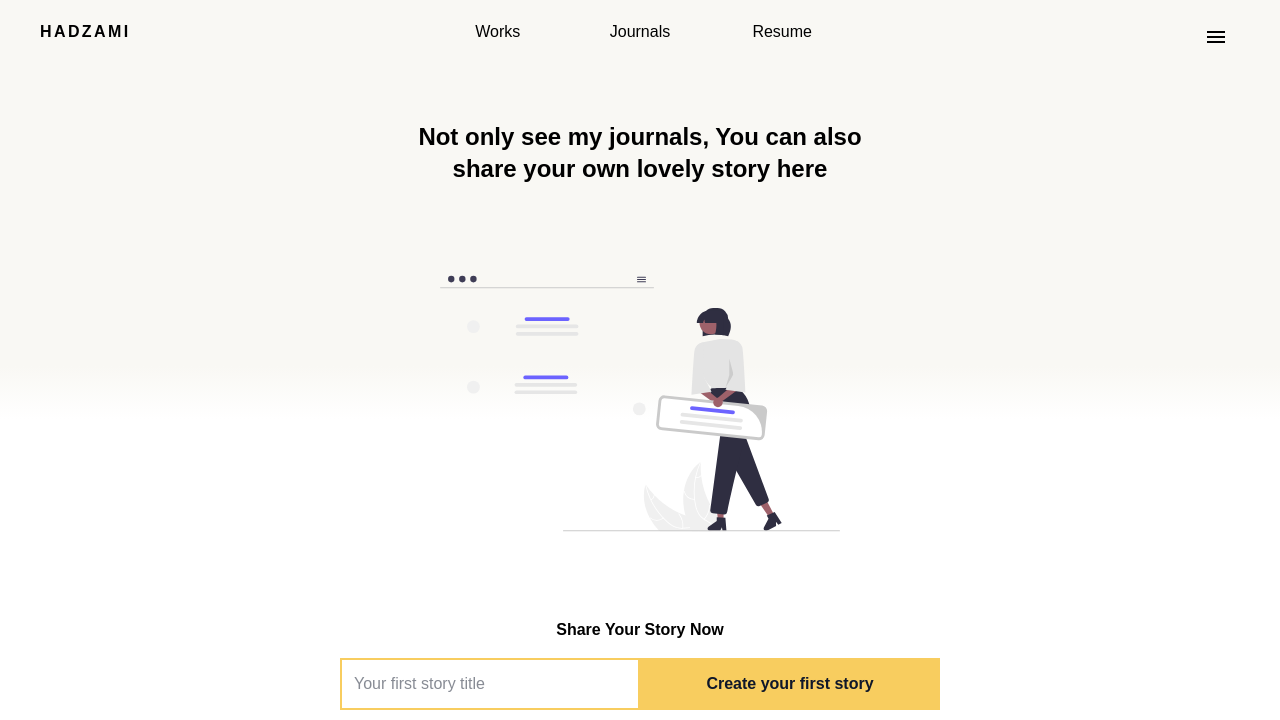
Repository: hadhaz/Personal-Web
Page: /
The author's editor kept a copy of each file at every save. The page is drawn from the files as they stood at one save, then again after the next save.
The browser window is 1280 px wide. The pictures show the whole page.
The page's requests for data from a server got no answer. An inner scrolling area shows only its first screen. Some web fonts or font styles are not loaded; a fallback is used. The project was rebuilt for these pictures with package versions that can differ from the ones it lists, and the page was loaded fresh each time. The framework's server and built-in components were replaced by stand-ins that run in the browser. No one was signed in, and anything a server would have sent is missing. Also part of the build but not shown: next.config.js, pages/index.module.css.

Above is the page before, as saved 2023-06-29 09:06:49.

After the next save:
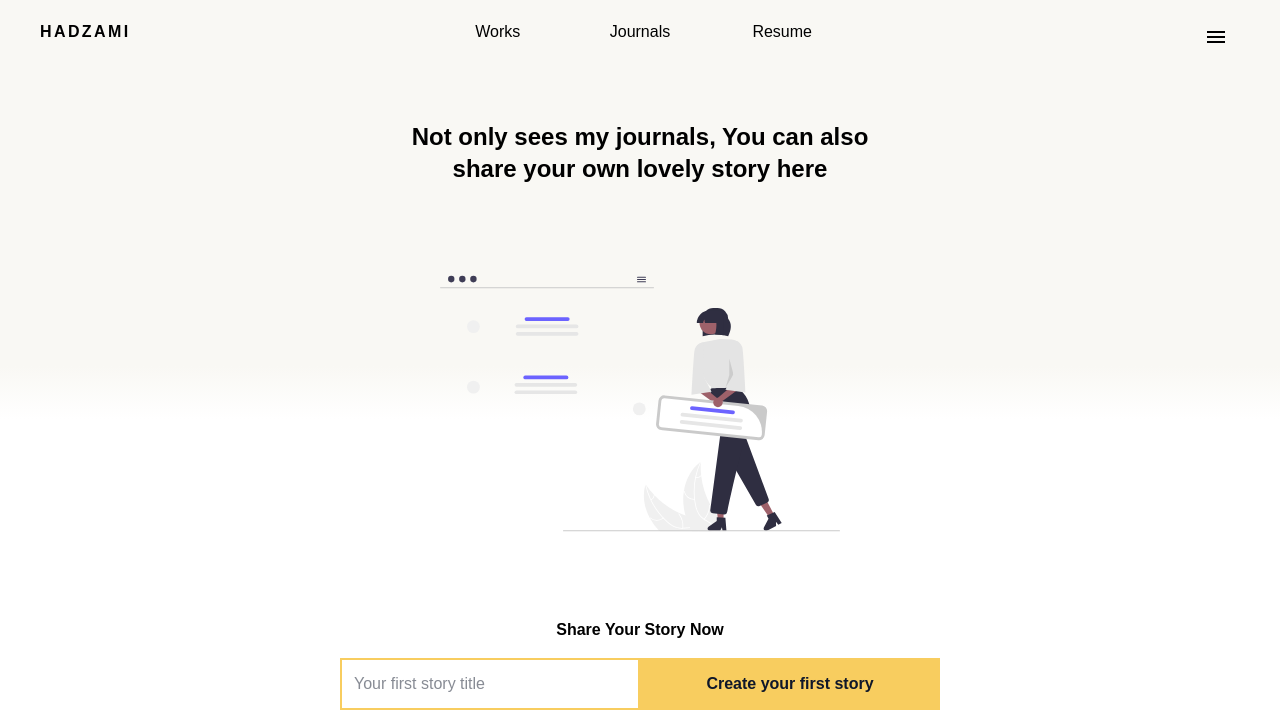
Saved 7 s later.
--- a/pages/index.tsx
+++ b/pages/index.tsx
@@ -25,7 +25,7 @@
         >
           <div className='flex w-full justify-center pt-12 pb-10 lg:pb-5 mb-4'>
             <h1 className='text-xl lg:text-2xl text-center w-[90%] sm:w-[444px] md:w-[480px] font-bold'>
-              Not only see my journals, You can also share your own lovely story
+              Not only sees my journals, You can also share your own lovely story
               here
             </h1>
           </div>

After the save that followed:
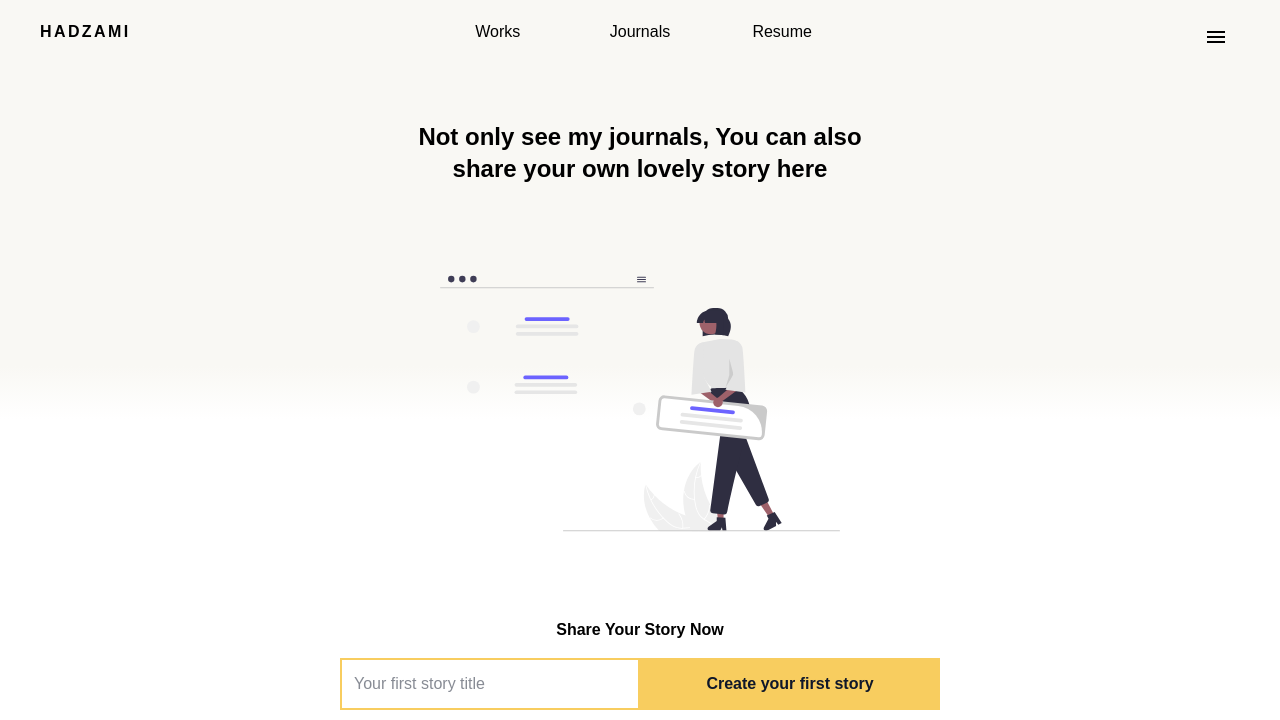
Saved 10 s later.
--- a/pages/index.tsx
+++ b/pages/index.tsx
@@ -25,7 +25,7 @@
         >
           <div className='flex w-full justify-center pt-12 pb-10 lg:pb-5 mb-4'>
             <h1 className='text-xl lg:text-2xl text-center w-[90%] sm:w-[444px] md:w-[480px] font-bold'>
-              Not only sees my journals, You can also share your own lovely story
+              Not only see my journals, You can also share your own lovely story
               here
             </h1>
           </div>
